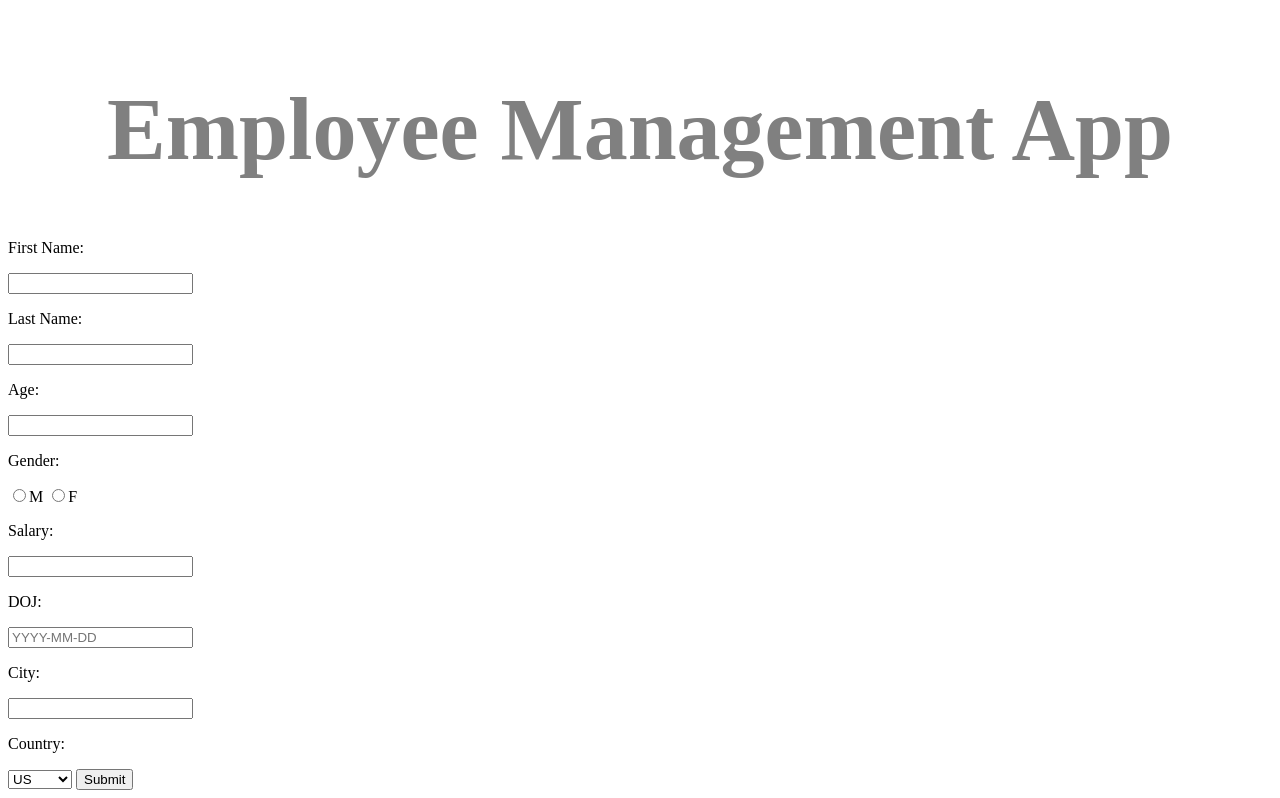
Repository: SaumyaGuptaTechnokrat/Employee_management
Page: http://localhost/Employee/index.jsp
These files come from the project's save history. The page is drawn as it stood at one moment and after the next save; the edit follows.
The browser window is 1280 px wide. The pictures show the whole page.
The page is served by Tomcat 9. Other server files are loaded and not shown.

Above is the page before, as saved 2023-02-10 17:34:59.

### Employee/src/main/webapp/index.jsp
<%@ page language="java" contentType="text/html; charset=ISO-8859-1"
    pageEncoding="ISO-8859-1"%>
<!DOCTYPE html>
<html>
<head>
<meta charset="ISO-8859-1">
<title>Insert title here</title>
<link rel="stylesheet" href="Mystyle.css">
</head>
<body>
<h1>Employee Management App</h1>
<div class="form_container">
<form action="addRecord.jsp" method="post" >

		<p>First Name:</p><input name="fName" type="text"><br>
		<p>Last Name:</p><input name="lName" type="text"><br>
		<p>Age:</p><input name="age" type="number"><br>
		<p>Gender:</p><input name="Gender" type="radio" value="Male">M
		<input type="radio" name="Gender" value="Female">F<br>
		<p>Salary:</p><input name="salary" type="text"><br>
		<p>DOJ:</p><input name="Doj" placeholder="YYYY-MM-DD" type="text"><br>
		<p>City:</p><input name="City" type="text"><br>
		<p>Country:</p><select name="Country">
		<option value="US">US<option/>
		<option value="US">INDIA<option/>
		<option value="US">UK<option/>
		<option value="US">JAPAN<option/>
		</select>
		<input type="button" value="Submit">
</form>
	</div>

</body>
</html>

### Employee/src/main/webapp/Mystyle.css
h1{
	text-align:center;padding-top:20px;color:gray;font-size:550%;
}

After the next save:
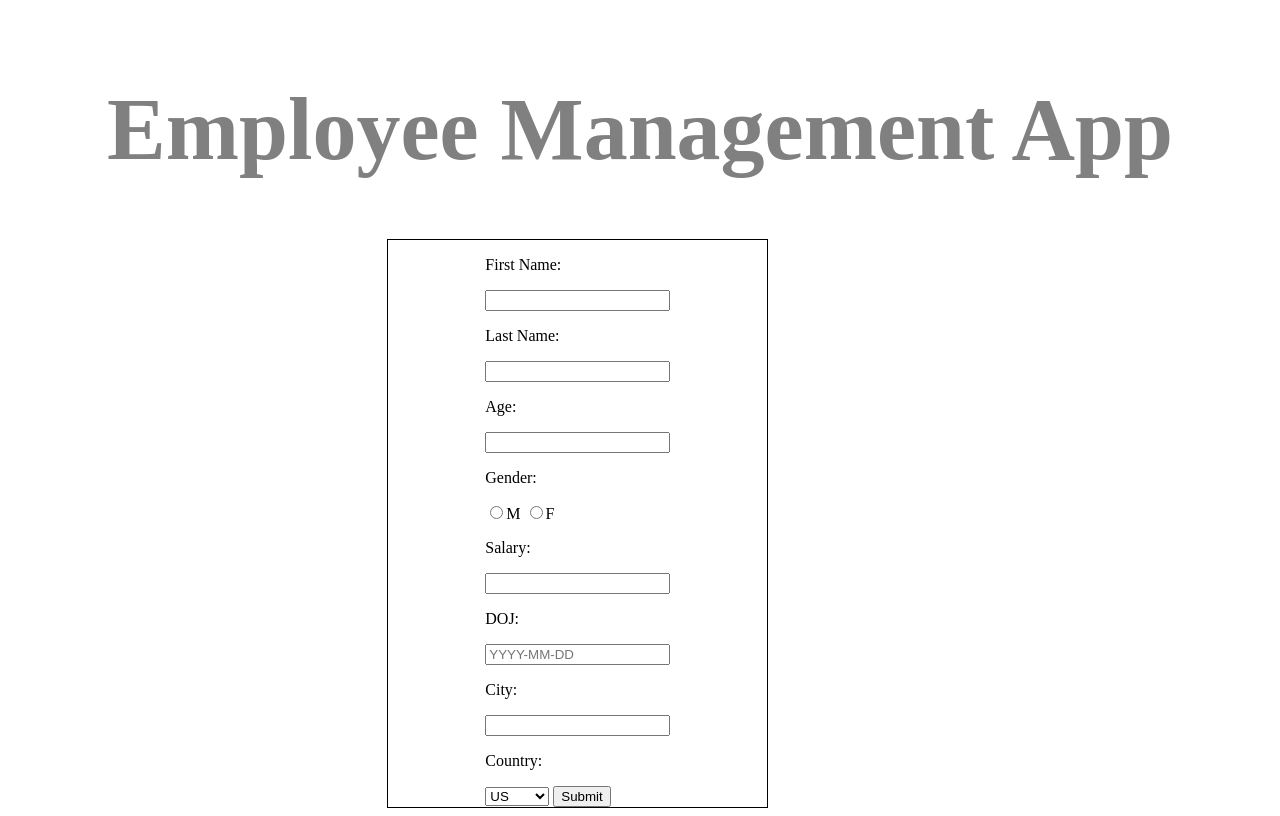
Saved 2 s later.
--- a/Employee/src/main/webapp/Mystyle.css
+++ b/Employee/src/main/webapp/Mystyle.css
@@ -1,3 +1,6 @@
 h1{
 	text-align:center;padding-top:20px;color:gray;font-size:550%;
 }
+.form_container{
+	margin:0% 30%;width:30%;border:1px black solid;display:grid;justify-content:center
+}
